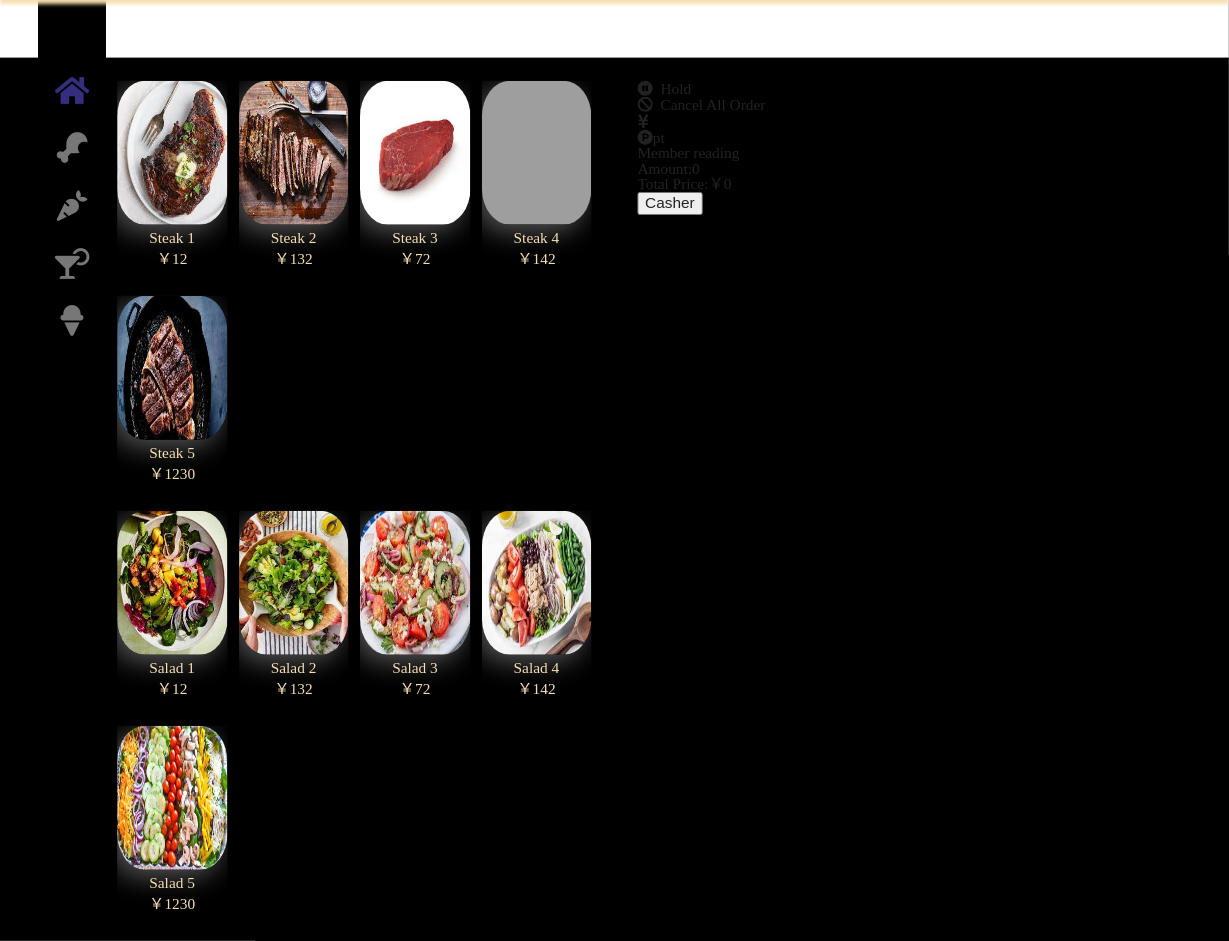
Repository: vuhungson158/Menu
Page: /
An editor plug-in stored every save of this project. The page is shown before and after the next save, followed by the edit.
The browser window is 1280 px wide. The pictures show the whole page, at 96% of full size.
Pictures or frames that could not be fetched are drawn as grey boxes. The project was rebuilt for these pictures with package versions that can differ from the ones it lists, and the page was loaded fresh each time. Also part of the build but not shown: src/component/mainMenu/orderBlock/orderContent/OrderedItem.jsx, src/redux-store/actions/HoldActions.jsx, src/component/mainMenu/orderBlock/utilities/HoldItem.jsx.

Above is the page before, as saved 2021-08-22 09:50:35.

### public/index.html
<!DOCTYPE html>
<html lang="en">
  <head>
    <meta charset="utf-8" />
    <link rel="icon" href="%PUBLIC_URL%/favicon.ico" />
    <meta name="viewport" content="width=device-width, initial-scale=1" />
    <meta name="theme-color" content="#000000" />
    <meta
      name="description"
      content="Web site created using create-react-app"
    />
    <link rel="apple-touch-icon" href="%PUBLIC_URL%/logo192.png" />
    <!--
      manifest.json provides metadata used when your web app is installed on a
      user's mobile device or desktop. See https://developers.google.com/web/fundamentals/web-app-manifest/
    -->
    <link rel="manifest" href="%PUBLIC_URL%/manifest.json" />
    <link rel="stylesheet" href="fontawesome-5.15.3-web/css/all.min.css">

    <!--
      Notice the use of %PUBLIC_URL% in the tags above.
      It will be replaced with the URL of the `public` folder during the build.
      Only files inside the `public` folder can be referenced from the HTML.

      Unlike "/favicon.ico" or "favicon.ico", "%PUBLIC_URL%/favicon.ico" will
      work correctly both with client-side routing and a non-root public URL.
      Learn how to configure a non-root public URL by running `npm run build`.
    -->
    <title>Restaurant Menu</title>
  </head>
  <body>
    <noscript>You need to enable JavaScript to run this app.</noscript>
    <div id="root"></div>
    <!--
      This HTML file is a template.
      If you open it directly in the browser, you will see an empty page.

      You can add webfonts, meta tags, or analytics to this file.
      The build step will place the bundled scripts into the <body> tag.

      To begin the development, run `npm start` or `yarn start`.
      To create a production bundle, use `npm run build` or `yarn build`.
    -->
  </body>
</html>

### src/redux-store/index.jsx
import { createStore, applyMiddleware } from "redux";
import { composeWithDevTools } from "redux-devtools-extension";
import thunk from "redux-thunk";
import rootReducer from "./reducers";

const initialState = {};

const middleware = [thunk];

const store = createStore(
    rootReducer,
    initialState,
    composeWithDevTools(applyMiddleware(...middleware))
);

export default store;

### src/component/mainMenu/index.jsx
import React from 'react';
import CenterMenu from './centerMenu';
import OrderBlock from './orderBlock';

const MainMenu = () => {
    return (
        <div id="main-menu">
            <div className="container">
                <div className="grid">
                    <CenterMenu />
                    <OrderBlock />
                </div>
            </div>
        </div >
    )
}

export default MainMenu

### src/component/navbar/index.jsx
import React, { useState } from 'react';
import Clock from './Clock';

const Navbar = () => {

    const nav_height = "-60px"
    const [active, setActive] = useState(false);

    var prevScrollpos = window.pageYOffset;
    window.onscroll = function () {
        var currentScrollPos = window.pageYOffset;
        if (prevScrollpos > currentScrollPos) {
            document.getElementById("navbar").style.top = "0";
        } else {
            document.getElementById("navbar").style.top = nav_height;
        }
        prevScrollpos = currentScrollPos;
    }

    return (
        <nav id="navbar">
            <div className="container">
                <h1>Menu</h1>
                <Clock />
                <div className={`setting-icon ${active ? `active` : ""}`}
                    onClick={() => setActive(!active)} >
                    <span></span>
                    <span></span>
                    <span></span>
                    {
                        active ?
                            <ul className="setting-menu">
                                <li>Language</li>
                                <li>Dark Mode</li>
                                <li>Size</li>
                                <li>...something</li>
                            </ul>
                            : ""
                    }
                </div>

            </div>
        </nav>
    )
}

export default Navbar

### src/styles/App.scss
@import "./_variables";
@import "./mixin";

* {
    box-sizing: border-box;
    font-family: "Fira sans", sans-serif;
}
body {
    font-size: 10px;
}

@media (max-width: $breakpoint_mobile) {
    :root {
        --container_width: 100%;
    }
}
@media (min-width: $breakpoint_mobile) {
    :root {
        --container_width: 720px;
    }
}
@media (min-width: $breakpoint_ipad) {
    :root {
        --container_width: 960px;
    }
}
@media (min-width: $breakpoint_sm_pc) {
    :root {
        --container_width: 1200px;
    }
}
@media (min-width: $breakpoint_pc) {
    :root {
        --container_width: 1800px;
    }
}

.container {
    margin: 0 auto;
    max-width: var(--container_width);
}

#navbar {
    position: fixed;
    height: $navbar_height;
    top: 0;
    left: 0;
    right: 0;
    z-index: $navbar_z-index;
    background-color: $background-color_1st;
    color: $color_1st;
    box-shadow: 0 4px 4px 0 $color_1st;
    transition: 0.5s;

    .container {
        position: relative;
        display: flex;
        align-items: center;
        justify-content: space-between;

        h1 {
            color: $color_1st;
            font-size: 3.6rem;
            font-weight: 900;
            letter-spacing: 2px;
            text-transform: uppercase;
        }

        #clock {
            font-size: 2.4rem;
            font-weight: 600;
        }

        .setting-icon {
            display: block;
            position: relative;
            z-index: 1;
            user-select: none;
            appearance: none;
            border: none;
            outline: none;
            background: none;
            cursor: pointer;

            span {
                display: block;
                position: relative;
                width: 36px;
                height: 4px;
                margin-bottom: 6px;
                background-color: $background-color_2nd;
                border-radius: 10%;
                z-index: 1;
                transform-origin: 0 0;
                transition: 0.5s;
            }

            &:hover span:nth-child(2) {
                background-color: $color_3rd;
            }

            &.active {
                span:nth-child(1) {
                    transform: translate(0px, -2px) rotate(45deg);
                }
                span:nth-child(2) {
                    opacity: 0;
                    transform: translateX(36px);
                }
                span:nth-child(3) {
                    transform: translate(-3px, 3px) rotate(-45deg);
                }
            }
            .setting-menu {
                position: absolute;
                right: 0;
                border: 2px solid $color_2nd;
                border-radius: 5%;
                overflow: hidden;
                padding: 12px;
                background-color: $background-color_1st;
                cursor: auto;
                animation: dropDown 0.2s;

                li {
                    min-width: 120px;
                    cursor: pointer;
                    text-align: center;
                    padding: 12px 8px;
                    font-size: 1.6rem;
                    transition: 0.2s;
                    &:hover {
                        transform: scale(1.2);
                        color: $color_3rd;
                    }
                }
            }
        }
    }
}

#main-menu {
    background-color: $background-color_1st;
    margin-top: $navbar_height;
    min-height: 100vh;
    .container {
        padding-top: 24px;
        .grid {
            --margin_left: 48px;
            display: flex;
            margin-left: calc(-1 * var(--margin_left));
            #center-menu,
            #order-block {
                margin-left: var(--margin_left);
                width: calc(50% - var(--margin_left));
            }
            #center-menu {
                --side-nav_width: 70px;
                #side-nav {
                    position: fixed;
                    top: 0;
                    min-height: 90%;
                    width: var(--side-nav_width);
                    background: $background-color_1st;
                    overflow: hidden;
                    transition: width 0.2s;
                    z-index: 1;
                    &:hover {
                        width: 300px;
                    }
                    ul {
                        position: absolute;
                        top: 0;
                        left: 0;
                        width: 100%;
                        padding-left: 5px;
                        top: 10%;
                        li {
                            opacity: 0.5;
                            a {
                                position: relative;
                                display: block;
                                width: 100%;
                                display: flex;
                                text-decoration: none;
                                color: $color_2nd;
                                font-size: 2rem;
                                .icon {
                                    position: relative;
                                    display: block;
                                    min-width: 60px;
                                    height: 60px;
                                    line-height: 60px;
                                    text-align: center;
                                    i {
                                        position: relative;
                                        font-size: 2rem;
                                        z-index: 1;
                                    }
                                }
                                .title {
                                    position: relative;
                                    display: block;
                                    padding-left: 10px;
                                    height: 60px;
                                    line-height: 60px;
                                    white-space: nowrap;
                                }
                            }
                            &.active,
                            &:hover {
                                .icon,
                                .title {
                                    transition: 0.2s;
                                    color: $color_3rd;
                                }
                            }
                        }
                    }
                }
                #menu {
                    margin-left: calc(var(--side-nav_width) + 12px);
                    .page {
                        --spacing: 12px;
                        --columns: 4;
                        display: flex;
                        flex-wrap: wrap;
                        margin-left: calc(-1 * var(--spacing));
                        .food-item {
                            overflow: hidden;
                            margin-left: var(--spacing);
                            width: calc(100% / var(--columns) - var(--spacing));
                            display: flex;
                            flex-direction: column;
                            height: 200px;
                            cursor: pointer;
                            margin-bottom: calc(2 * var(--spacing));
                            transition: 0.2s;
                            &:hover .food-img{
                                box-shadow: 7px -7px 28px 0 $background-color_3rd;
                            }
                            .food-img {
                                height: 150px;
                                border-radius: 25%;
                                box-shadow: -7px 7px 28px 0 $box-shadow-color;
                            }
                            .food-name,
                            .food-price {
                                color: $color_1st;
                                text-align: center;
                                margin-top: calc(0.5 * var(--spacing));
                            }
                        }
                    }
                }
            }
        }
    }
}

### src/redux-store/reducers/index.jsx
import { combineReducers } from "redux";
import HoldReducer from "./HoldReducer";
import MenuReducer from "./MenuReducer";
import OrderReducer from "./OrderReducer";

const rootReducer = combineReducers({
    menu: MenuReducer,
    order: OrderReducer,
    hold:HoldReducer
});

export default rootReducer;

### src/component/mainMenu/centerMenu/index.jsx
import React from 'react';
import MenuPage from './MenuPage';
import PropTypes from 'prop-types';
import { connect } from 'react-redux';
import SideBar from './sidebar';

const CenterMenu = ({ foods }) => {
    return (
        <div id="center-menu">
            <SideBar />
            <div id="menu">
                {
                    Object.entries(foods).map(page => (
                        <MenuPage key={page[0]} page={page[1]} />
                    ))
                }
            </div>
        </div >
    )
};

CenterMenu.prototype = {
    foods: PropTypes.array.isRequired,
};

const mapStateToProps = state => ({
    foods: state.menu.foods
});

export default connect(mapStateToProps)(CenterMenu)

### src/component/mainMenu/orderBlock/index.jsx
import React from 'react'
import MemberInfo from './MemberInfo'
import OrderedContent from './orderContent'
import Utilities from './utilities'


const OrderBlock = () => {

    return (
        <div id="order-block" className="d-flex flex-column">
            <Utilities />
            <MemberInfo />
            <OrderedContent />
            <button id="casher-btn" className="btn btn-primary">Casher</button>
        </div>
    )
}

export default OrderBlock

### src/component/navbar/Clock.jsx
import React, { useEffect, useState } from 'react'
import { showTime } from '../../pure-JS/MyTime';

const Clock = () => {

    const [clock, setClock] = useState("")

    useEffect(() => {
        const intervalClock = setInterval(() => setClock(showTime()), 1000);
        return () => clearInterval(intervalClock);
    }, []);

    return (
        <div id="clock">{clock ? clock : showTime()}</div>
    )
}

export default Clock

### src/styles/_variables.scss
:root {
    --spacing: 0;
    --container_width: 0;
    --columns: 0;
}

// Color
$color_1st: wheat;
$color_2nd: #eee;
$color_3rd: #6a5af9;
$color_4th: #3d6ef7;
$color_light: #ededed;
$color_dark: black;

$box-shadow-color: #555;

// Background Color
$background-color_1st: black;
$background-color_2nd: wheat;
$background-color_3rd: #6a5af9;
$background-color_4th: #3D6EF7;;

// z-index
$navbar_z-index: 99;

// Height
$navbar_height: 60px;

// Width
$breakpoint_mobile: 768px;
$breakpoint_ipad: 1024px;
$breakpoint_sm_pc: 1224px;
$breakpoint_pc: 1824px;

### src/styles/_mixin.scss
@keyframes dropDown {
    0% {
        transform: translateY(-100px);
    }
    100% {
        transform: skewY(0);
    }
}

### src/redux-store/reducers/HoldReducer.jsx
import { MAKE_HOLD } from "../actions/TYPE";

var initialState = {
    holder: [{}, {}, {}, {}, {}, {}, {}, {}, {}, {}]
}

const HoldReducer = (state = initialState, action) => {
    const { type, payload } = action;

    switch (type) {
        case MAKE_HOLD:
            if (payload.totalAmount === 0) {
                state.holder[payload.index] = {};
                return state;
            } else {
                state.holder[payload.index] = payload;
                return state;
            }
        default:
            return state;
    }
};

export default HoldReducer;

### src/redux-store/reducers/MenuReducer.jsx
import { SWITCH_BRANCH } from "../actions/TYPE";
import { MenuInitialState } from "./MenuInitialState";

const MenuReducer = (state = MenuInitialState, action) => {
    const { type, payload } = action;

    switch (type) {
        case SWITCH_BRANCH:
            return {
                ...state,
                branchs: state.branchs.map((branch) => {
                    if (branch.id === payload) branch.active = true;
                    else if (branch.active) branch.active = false;
                    return branch;
                })
            };
        default:
            return state;
    }
};

export default MenuReducer;

### src/component/mainMenu/centerMenu/MenuPage.jsx
import React from 'react'
import MenuItem from './MenuItem'

const MenuPage = ({ page }) => {
    return (
        <div className="page">
            {
                page.map((food) => (
                    <MenuItem key={food.id} food={food} />
                ))
            }
        </div>
    )
}

export default MenuPage

### src/component/mainMenu/centerMenu/sidebar/index.jsx
import React from 'react'
import PropTypes from 'prop-types';
import { connect } from 'react-redux';
import { switchBranch } from '../../../../redux-store/actions/MenuActions';

const SideBar = ({branchs, switchBranch}) => {
    return (
        <div id="side-nav" className="side-nav">
            <ul>
                {
                    branchs.map((branch) => (
                        <li key={branch.id} className={branch.active ? "list active" : "list"} >
                            <a href="/#" onClick={() => switchBranch(branch.id)}>
                                <span className="icon"><i className={branch.icon}></i></span>
                                <span className="title">{branch.name}</span>
                            </a>
                        </li>
                    ))
                }
            </ul>
        </div>
    )
}

SideBar.prototype = {
    branchs: PropTypes.array.isRequired,
    switchBranch: PropTypes.func.isRequired
};

const mapStateToProps = state => ({
    branchs: state.menu.branchs
});

export default connect(mapStateToProps, { switchBranch })(SideBar)

### src/component/mainMenu/orderBlock/MemberInfo.jsx
import React from 'react'

const MemberInfo = () => {
    return (
        <div id="member-info">
            <div>
                <i className="fas fa-yen-sign"></i>
                <span></span>
            </div>
            <div>
                <i className="fab fa-product-hunt"></i>
                <span>pt</span>
            </div>
            <div>
                Member reading
            </div>
        </div>
    )
}

export default MemberInfo

### src/component/mainMenu/orderBlock/orderContent/index.jsx
import React from 'react'
import { connect } from 'react-redux';
import PropTypes from 'prop-types';
import OrderedItem from './OrderedItem'

const OrderedContent = ({ orders }) => {

    const totalAmount = orders.reduce((acc, order) => (acc + order.amount), 0);
    const totalPrice = orders.reduce((acc, order) => (acc + order.price * order.amount), 0);

    return (
        <>
            <div id="list">
                <table>
                    {
                        orders.map((order) => (
                            <OrderedItem key={order.id} order={order} />
                        ))
                    }
                </table>
            </div>
            <div id="total">
                <div>
                    Amount:<span>{totalAmount ? totalAmount : 0}</span>
                </div>
                <div>
                    Total Price:<span>￥{totalPrice ? totalPrice : 0}</span>
                </div>
            </div>
        </>
    )
}
OrderedContent.prototype = {
    orders: PropTypes.array.isRequired,
};

const mapStateToProps = state => ({
    orders: state.order.ordered_item,
    totalAmount: state.order.totalAmount,
    totalPrice: state.order.totalPrice
});

export default connect(mapStateToProps)(OrderedContent)

### src/component/mainMenu/centerMenu/MenuItem.jsx
import React from 'react'
import PropTypes from 'prop-types';
import { connect } from 'react-redux';
import { addToOrder } from '../../../redux-store/actions/OrderActions';

const MenuItem = ({ food, addToOrder }) => {

    return (
        <div className="food-item" key={food.id} onClick={() => { addToOrder(food) }}>
            <img className="food-img" src={food.img} alt="" />
            <div className="food-name">{food.name}</div>
            <div className="food-price">￥{food.price}</div>
        </div>
    )
}

MenuItem.prototype = {
    addToOrder: PropTypes.func.isRequired,
};

const mapStateToProps = state => ({
});

export default connect(mapStateToProps, { addToOrder })(MenuItem)

### src/redux-store/actions/MenuActions.jsx
import { SWITCH_BRANCH } from "./TYPE";


export const switchBranch = newID => dispatch => {
    dispatch({
        type: SWITCH_BRANCH,
        payload: newID
    })
};

### src/redux-store/actions/OrderActions.jsx
import { ADD_ORDER, AMOUNT_DOWN, AMOUNT_UP, CHANGE_AMOUNT, CLEAR_ALL, HOLD_TO_ORDER } from "./TYPE";
import { v4 as uuidV4 } from "uuid";

export const addToOrder = item => dispatch => {
    dispatch({
        type: ADD_ORDER,
        payload: { ...item, id: uuidV4(), amount: 1 }
    })
};

export const holdToOrder = orders => dispatch => {
    dispatch({
        type: HOLD_TO_ORDER,
        payload: orders
    })
};

export const changeAmount = (id, amount) => dispatch => {
    dispatch({
        type: CHANGE_AMOUNT,
        payload: { id, amount: parseInt(amount, 10) }
    })
};

export const amountUp = id => dispatch => {
    dispatch({
        type: AMOUNT_UP,
        payload: id
    })
};

export const amountDown = (id, amount) => dispatch => {
    dispatch({
        type: AMOUNT_DOWN,
        payload: { id, amount }
    })
};

export const clearAll = () => dispatch => {
    dispatch({
        type: CLEAR_ALL,
        payload: null
    })
};

Loaded but not shown: src/serviceWorker.js (common file); src/styles/Reset.css (common file); public/fontawesome-5.15.3-web/css/all.min.css (library); src/redux-store/reducers/MenuInitialState.js (124 lines, source omitted); src/index.js (20 lines, source omitted); src/redux-store/actions/TYPE.js (13 lines, source omitted); src/pure-JS/MyTime.js (13 lines, source omitted); src/App.js (16 lines, source omitted); src/redux-store/reducers/OrderReducer.jsx (71 lines, source omitted); src/component/mainMenu/orderBlock/utilities/index.jsx (54 lines, source omitted)

After the next save:
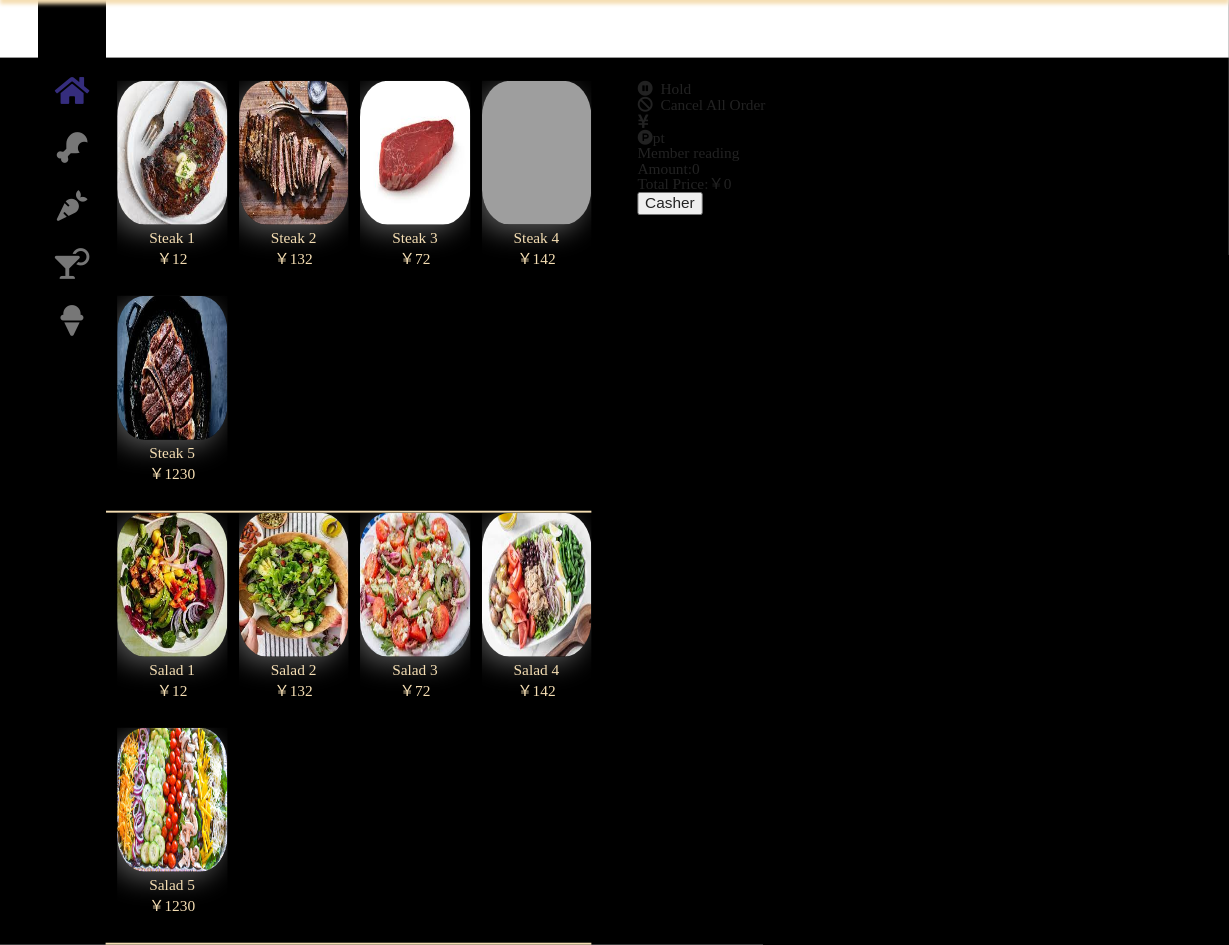
Saved 35 s later.
--- a/src/styles/App.scss
+++ b/src/styles/App.scss
@@ -226,6 +226,7 @@ body {
                         display: flex;
                         flex-wrap: wrap;
                         margin-left: calc(-1 * var(--spacing));
+                        border-bottom: 2px solid $background-color_2nd;
                         .food-item {
                             overflow: hidden;
                             margin-left: var(--spacing);
